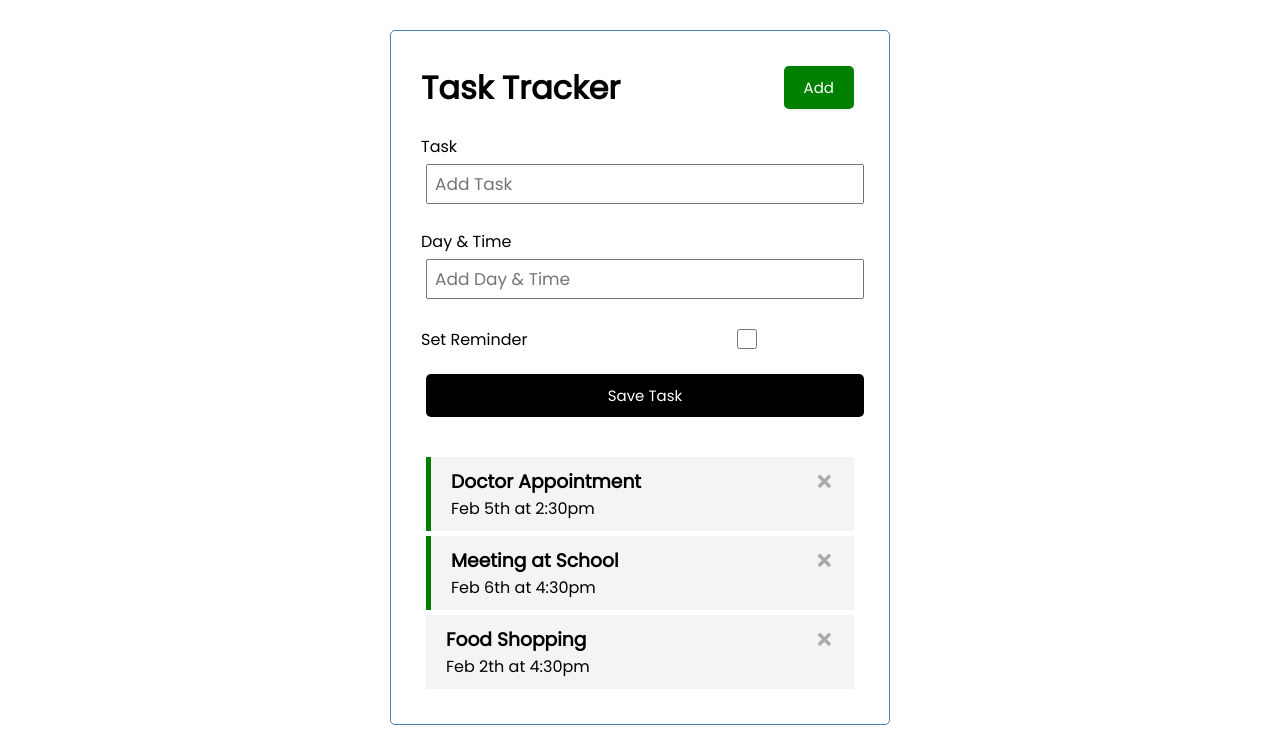
Repository: kate30980/task-tracker-reactjs
Page: /
These files come from the project's save history. The page is drawn as it stood at one moment and after the next save; the edit follows.
The browser window is 1280 px wide. The pictures show the whole page.
The project was rebuilt for these pictures with package versions that can differ from the ones it lists, and the page was loaded fresh each time.

Above is the page before, as saved 2021-09-19 21:19:15.

After the next save:
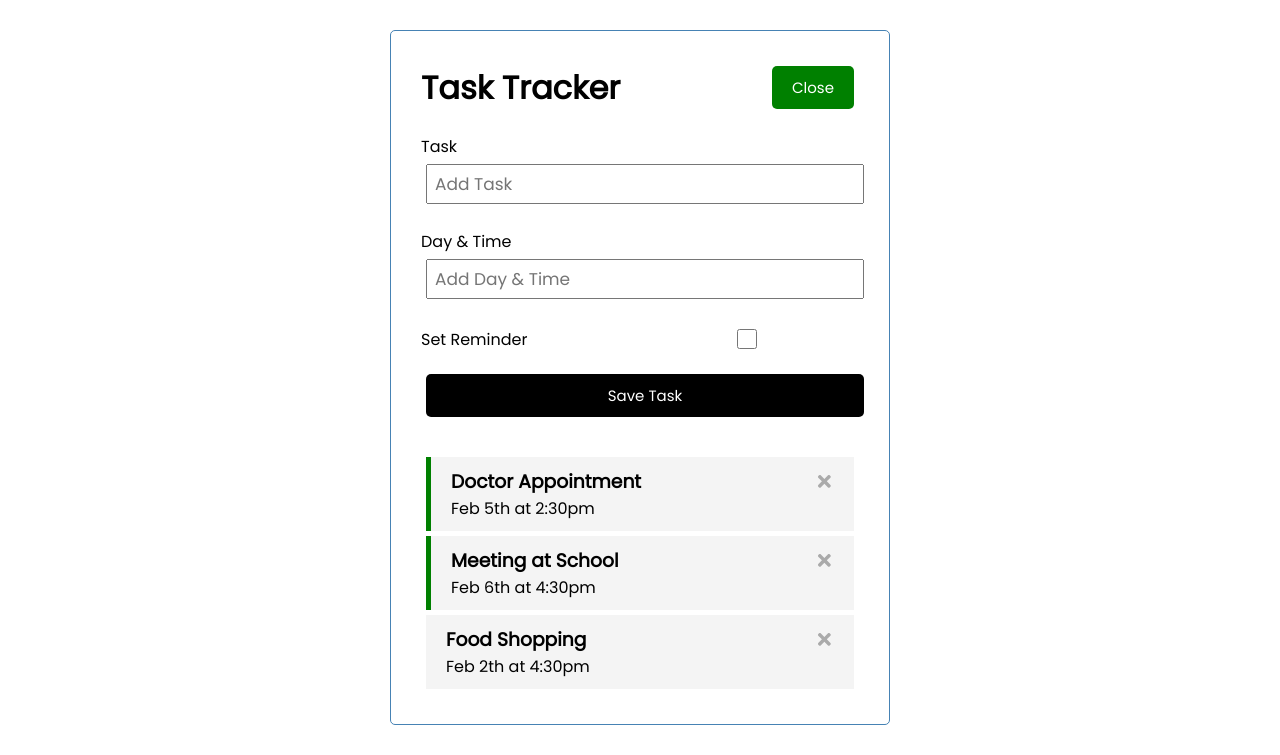
Saved 73 s later.
--- a/src/components/Header.js
+++ b/src/components/Header.js
@@ -1,11 +1,11 @@
 import PropTypes from "prop-types";
 import Button from "./Button";
 
-const Header = ({ title, onAdd }) => {
+const Header = ({ title, onAdd, showAdd }) => {
   return (
     <header className="header">
       <h1>{title}</h1>
-      <Button color="green" text="Add" onClick={onAdd} />
+      <Button color="green" text={showAdd ? "Close" : "Add"} onClick={onAdd} />
     </header>
   );
 };
